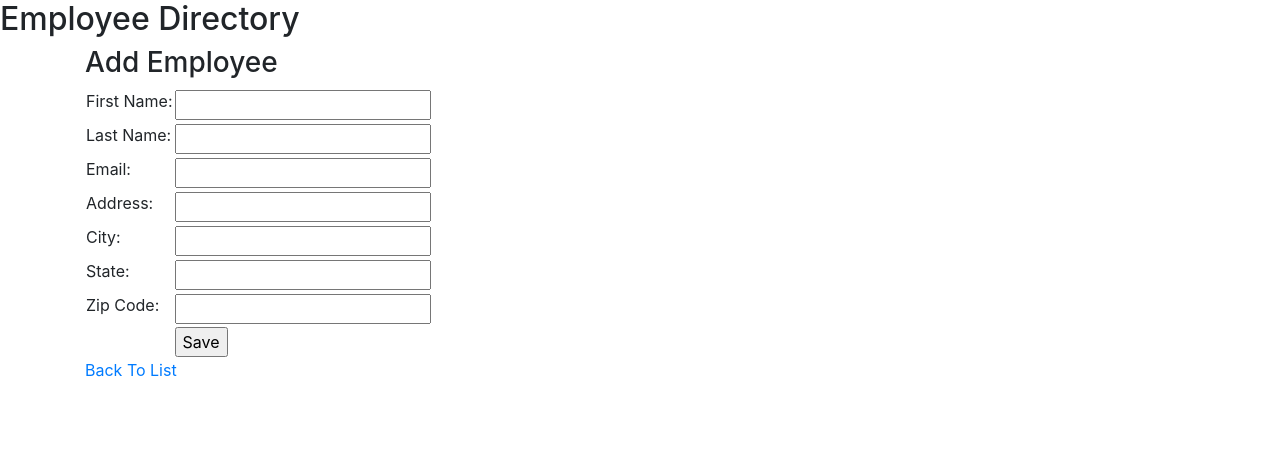
Repository: TChristian315/directory_app
Page: http://localhost/directoryapp/add-employee-form.jsp
An editor plug-in stored every save of this project. The page is shown before and after the next save, followed by the edit.
The browser window is 1280 px wide. The pictures show the whole page.
Some web libraries are served in a nearby version. The page is served by Tomcat 9.

Above is the page before, as saved 2018-05-23 17:45:25.

After the next save:
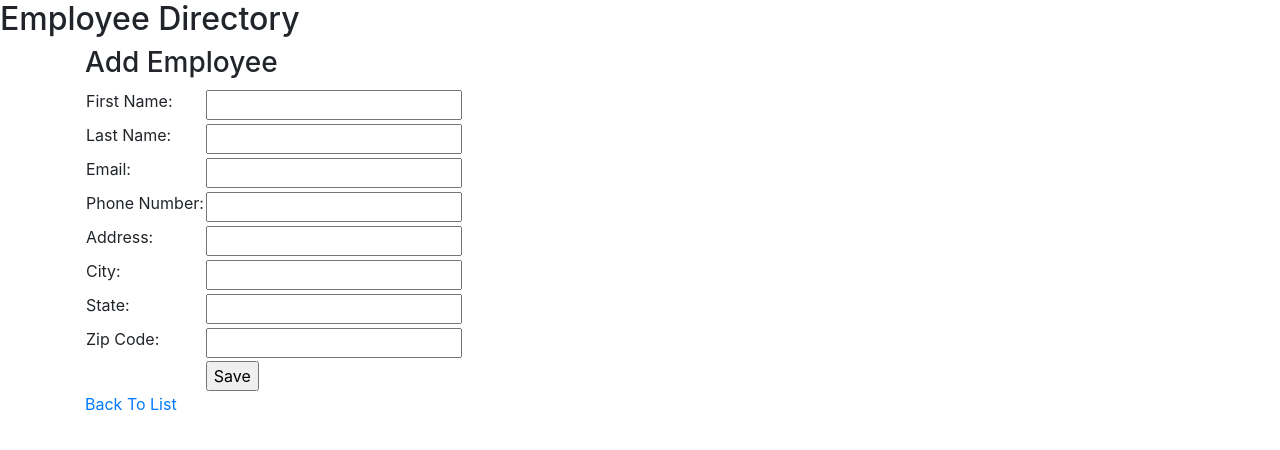
Saved 29 s later.
--- a/Workspaces/directoryapp/WebContent/add-employee-form.jsp
+++ b/Workspaces/directoryapp/WebContent/add-employee-form.jsp
@@ -40,6 +40,10 @@
 						<td><input type="text" name="email" /></td>
 					</tr>
 					<tr>
+						<td><label>Phone Number:</label></td>
+						<td><input type="text" name="phoneNumber" /></td>
+					</tr>
+					<tr>
 						<td><label>Address:</label></td>
 						<td><input type="text" name="address" /></td>
 					</tr>
